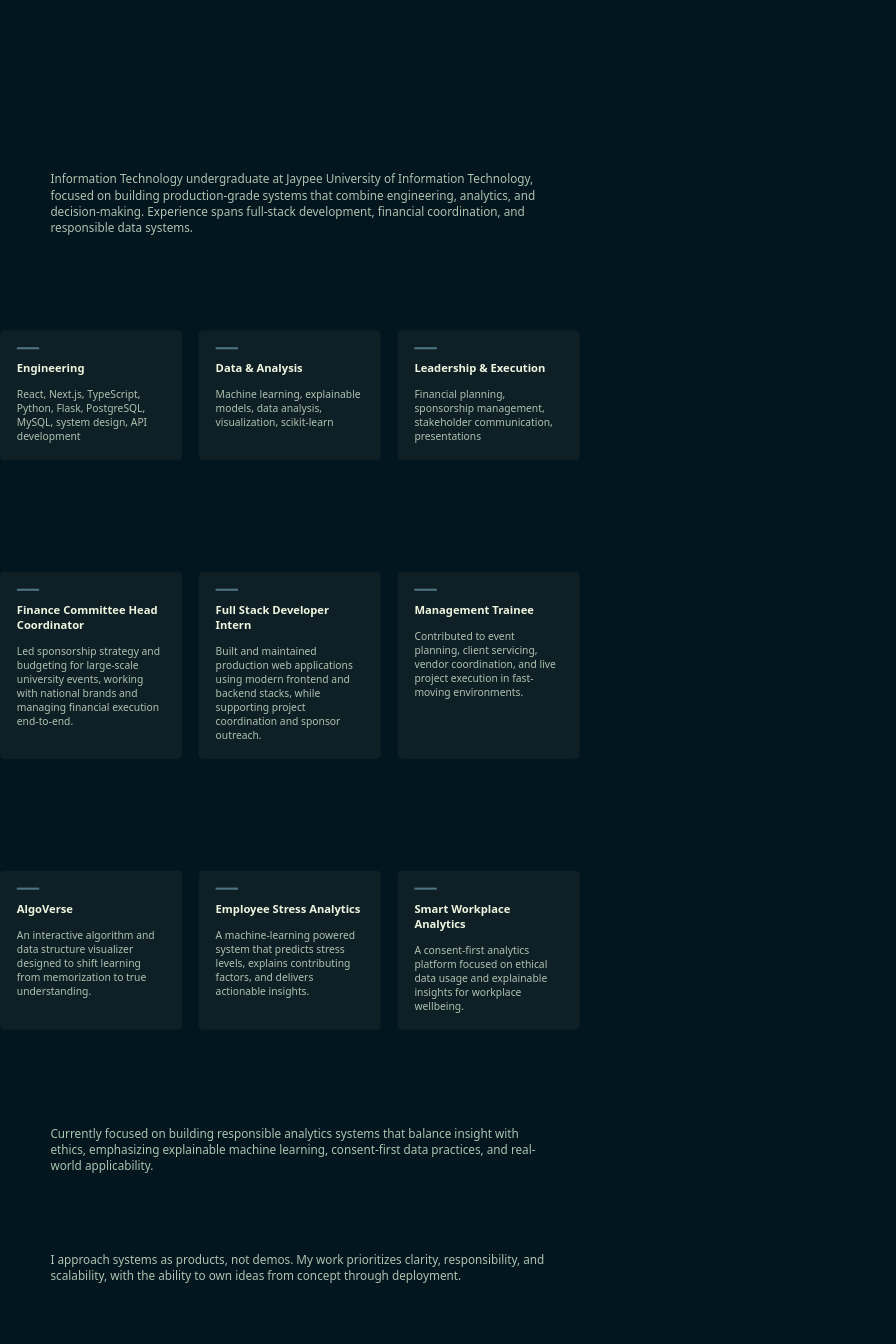
Repository: PratapOP/main-portfolio
Page: / (app in frontend/)
An editor plug-in stored every save of this project. The page is shown before and after a run of saves, followed by the edit.
The browser window is 1280 px wide. The pictures show the part of the page from y = 480 to 2400 px (the page is 2891 px tall before and 3099 px after), at 70% of full size.
The project was rebuilt for these pictures with package versions that can differ from the ones it lists, and the page was loaded fresh each time. Also part of the build but not shown: frontend/vite.config.js.

Above is the page before, as saved 2026-01-01 18:31:28.

After the next 2 saves:
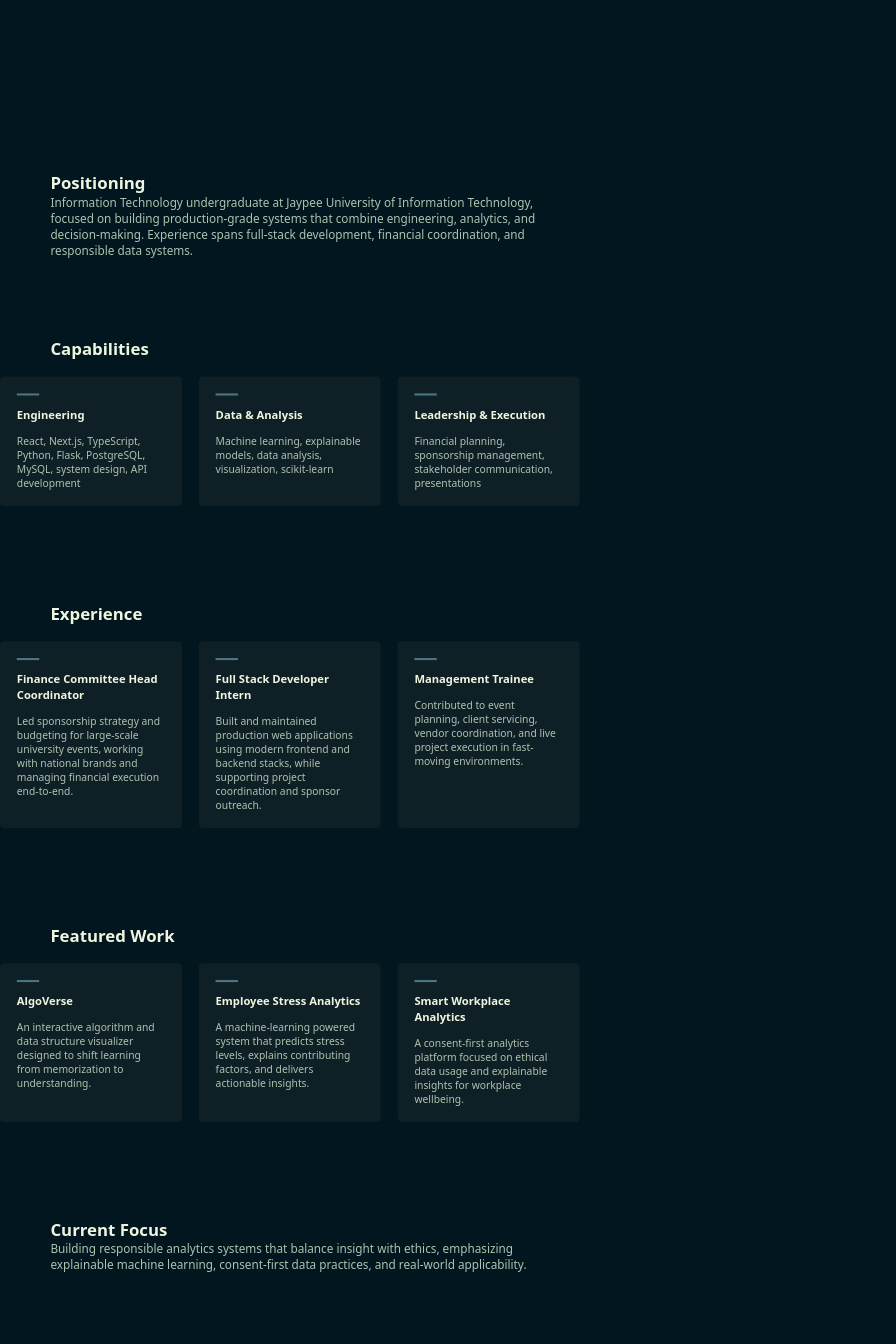
The 2 saves are shown as one change because they came seconds apart.
The last was saved 113 s later.
--- a/frontend/src/sections.jsx
+++ b/frontend/src/sections.jsx
@@ -1,6 +1,6 @@
     /**
      * ============================================================
-     * sections.jsx — Curated Content Sections
+     * sections.jsx — Sections with Titles & Hierarchy
      * ============================================================
      */
 
@@ -13,7 +13,7 @@
     } from "./motion";
 
     /* ============================================================
-    HERO — FEATURED
+    FEATURED
     ============================================================ */
 
     export function HeroSection() {
@@ -36,7 +36,7 @@
     }
 
     /* ============================================================
-    ABOUT — POSITIONING
+    POSITIONING
     ============================================================ */
 
     export function AboutSection() {
@@ -49,6 +49,7 @@
         viewport={{ once: true }}
         >
         <div className="section-inner">
+            <h2 className="section-title">Positioning</h2>
             <p className="section-text">
             Information Technology undergraduate at Jaypee University
             of Information Technology, focused on building production-grade
@@ -62,7 +63,7 @@
     }
 
     /* ============================================================
-    SKILLS — CAPABILITIES
+    CAPABILITIES
     ============================================================ */
 
     export function SkillsSection() {
@@ -92,6 +93,10 @@
         whileInView="visible"
         viewport={{ once: true }}
         >
+        <div className="section-inner">
+            <h2 className="section-title">Capabilities</h2>
+        </div>
+
         <motion.div
             className="row"
             variants={staggerContainer}
@@ -111,7 +116,7 @@
     }
 
     /* ============================================================
-    EXPERIENCE — ROLES
+    EXPERIENCE
     ============================================================ */
 
     export function ExperienceSection() {
@@ -141,6 +146,10 @@
         whileInView="visible"
         viewport={{ once: true }}
         >
+        <div className="section-inner">
+            <h2 className="section-title">Experience</h2>
+        </div>
+
         <motion.div
             className="row"
             variants={staggerContainer}
@@ -160,7 +169,7 @@
     }
 
     /* ============================================================
-    PROJECTS — FEATURED TITLES
+    PROJECTS
     ============================================================ */
 
     export function ProjectsSection() {
@@ -168,7 +177,7 @@
         {
         title: "AlgoVerse",
         text:
-            "An interactive algorithm and data structure visualizer designed to shift learning from memorization to true understanding."
+            "An interactive algorithm and data structure visualizer designed to shift learning from memorization to understanding."
         },
         {
         title: "Employee Stress Analytics",
@@ -190,6 +199,10 @@
         whileInView="visible"
         viewport={{ once: true }}
         >
+        <div className="section-inner">
+            <h2 className="section-title">Featured Work</h2>
+        </div>
+
         <motion.div
             className="row"
             variants={staggerContainer}
@@ -209,7 +222,7 @@
     }
 
     /* ============================================================
-    TRENDING — CURRENT FOCUS
+    CURRENT FOCUS
     ============================================================ */
 
     export function TrendingSection() {
@@ -222,18 +235,19 @@
         viewport={{ once: true }}
         >
         <div className="section-inner">
+            <h2 className="section-title">Current Focus</h2>
             <p className="section-text">
-            Currently focused on building responsible analytics systems that
-            balance insight with ethics, emphasizing explainable machine learning,
-            consent-first data practices, and real-world applicability.
-            </p>
-        </div>
-        </motion.section>
-    );
-    }
-
-    /* ============================================================
-    WHY HIRE — POSITIONING
+            Building responsible analytics systems that balance insight with ethics,
+            emphasizing explainable machine learning, consent-first data practices,
+            and real-world applicability.
+            </p>
+        </div>
+        </motion.section>
+    );
+    }
+
+    /* ============================================================
+    WHY THIS PROFILE
     ============================================================ */
 
     export function WhyHireMeSection() {
@@ -246,6 +260,7 @@
         viewport={{ once: true }}
         >
         <div className="section-inner">
+            <h2 className="section-title">Why This Profile</h2>
             <p className="section-text">
             I approach systems as products, not demos. My work prioritizes clarity,
             responsibility, and scalability, with the ability to own ideas from
@@ -270,6 +285,7 @@
         viewport={{ once: true }}
         >
         <div className="section-inner">
+            <h2 className="section-title">Get in Touch</h2>
             <form className="contact-form">
             <input type="text" placeholder="Name" />
             <input type="email" placeholder="Email" />
